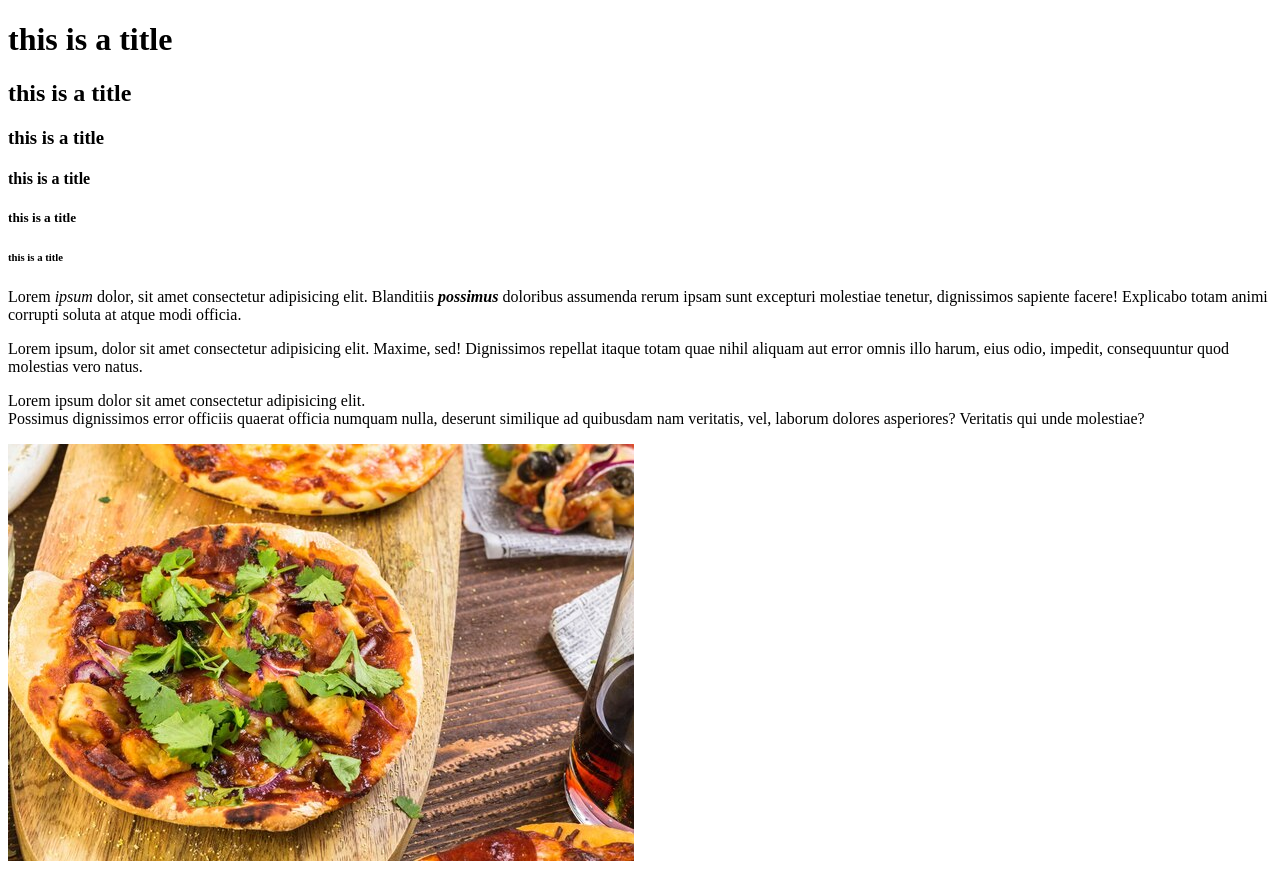
Repository: KelaiAffaf/luffy-courses
Page: index.html
An editor plug-in stored every save of this project. The page is shown before and after a run of saves, followed by the edit.
The browser window is 1280 px wide. The pictures show the whole page.

Above is the page before, as saved 2024-01-03 14:55:34.
Not found: images//coding.avif

### index.html
<!DOCTYPE html>
<html lang="en">
<head>
    <meta charset="UTF-8">
    <meta http-equiv="X-UA-Compatible" content="IE=edge">
    <meta name="viewport" content="width=device-width, initial-scale=1.0">
    <title>Course html css </title>
</head>
<body>
    <!-- this is a comment  -->
    <!-- TODO : add a picture -->
    <!-- this is a section where we re going to explain html tags  -->

    <!-- Headings : h1--h6  -->
    <h1>this is a title </h1>
    <h2>this is a title</h2>
    <h3>this is a title</h3>
    <h4>this is a title</h4>
    <h5>this is a title</h5>
    <h6>this is a <b>title</b></h6>

    <!-- Paragraphs -->
    <!-- em ==> empheses  -->
    <!-- b ==> bold -->
    <!-- i ==> italic -->
    <p>Lorem <em>ipsum</em> dolor, sit amet consectetur adipisicing elit.
        Blanditiis <b><i>possimus</i></b> doloribus assumenda rerum ipsam sunt
        excepturi molestiae tenetur, dignissimos sapiente facere!
        Explicabo totam animi corrupti soluta at atque modi officia.</p>

        Lorem ipsum, dolor sit amet consectetur adipisicing elit. Maxime, sed! Dignissimos repellat itaque totam quae nihil aliquam aut error omnis illo harum, eius odio, impedit, consequuntur quod molestias vero natus.

    <!-- Paragraphs with br ==> saud de ligne -->
    <p>Lorem ipsum dolor sit amet consectetur adipisicing elit. <br> Possimus dignissimos error officiis quaerat officia numquam nulla, deserunt similique ad quibusdam nam veritatis, vel, laborum dolores asperiores? Veritatis qui unde molestiae?</p>

    <!-- images -->
    <!--
        websites for images: https://unsplash.com/s/photos/coding
        relative links : on same folder
        absolute links : file:///Users/mac/Desktop/fullstack/HTML+CSS/index.html
     -->
    <img src="./images/1.jpg" alt="">
    <img src="./images//coding.avif" alt="">
</body>
</html>

After the next 7 saves:
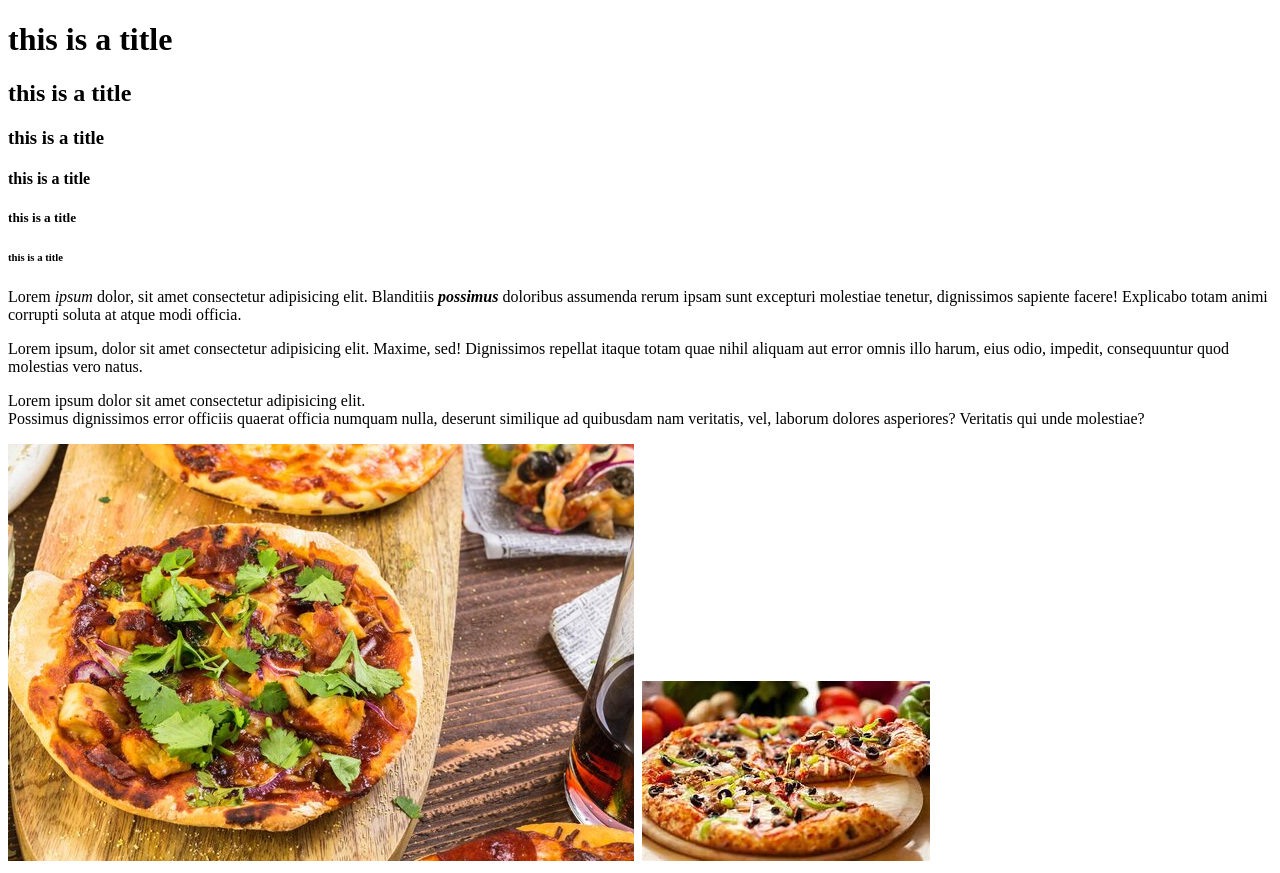
The 7 saves are shown as one change because they came seconds apart.
The last was saved 3 min 3 s later.
--- a/index.html
+++ b/index.html
@@ -41,5 +41,6 @@
      -->
     <img src="./images/1.jpg" alt="">
     <img src="./images//coding.avif" alt="">
+    <img src="./images/pizza3.jpg" alt="">
 </body>
 </html>
